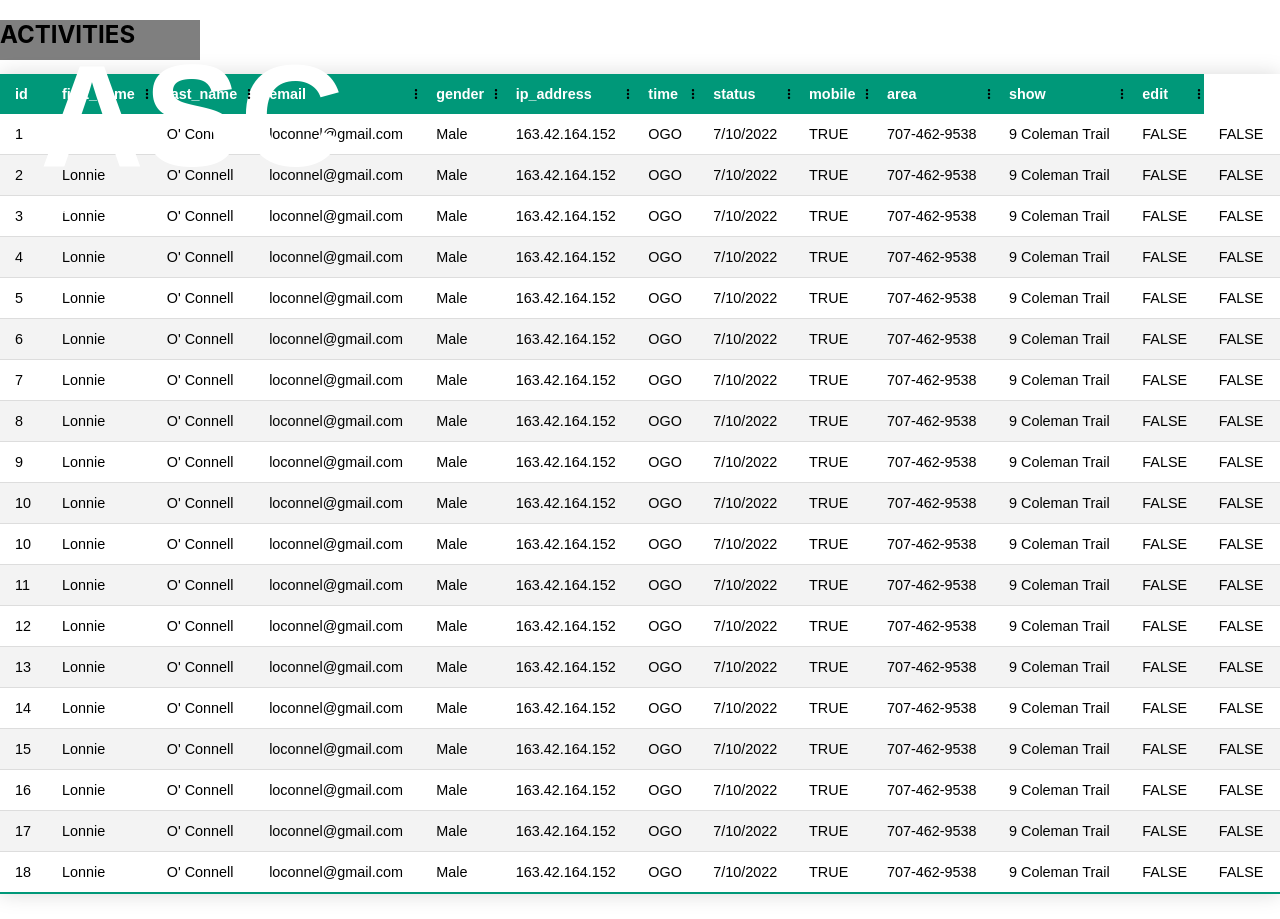
Repository: kartik077-cr7/Ckart
Page: /, after clicking the first element matching `img`
The author's editor kept a copy of each file at every save. The page is drawn from the files as they stood at one save, then again after the next save.
The browser window is 1280 px wide. The pictures show the whole page.
The project was rebuilt for these pictures with package versions that can differ from the ones it lists, and the page was loaded fresh each time.

Above is the page before, as saved 2022-12-10 17:56:44.

### src/App.js
import Table from "./components/Table";
import './App.css';

const driversData = [
  {
    id: 1,
    first_name: "Lonnie",
		last_name: "O' Connell ",
		email: "loconnel@gmail.com",
		gender: "Male",
		ip_address: "163.42.164.152",
		airport_code:"OGO",
		time:"7/10/2022",
		status:"TRUE",
		mobile:"707-462-9538",
		area: "9 Coleman Trail",
		show: "FALSE",
		edit: "FALSE"
  },
  {
    id: 2,
    first_name: "Lonnie",
		last_name: "O' Connell ",
		email: "loconnel@gmail.com",
		gender: "Male",
		ip_address: "163.42.164.152",
		airport_code:"OGO",
		time:"7/10/2022",
		status:"TRUE",
		mobile:"707-462-9538",
		area: "9 Coleman Trail",
		show: "FALSE",
		edit: "FALSE"
  },
  {
    id: 3,
    first_name: "Lonnie",
		last_name: "O' Connell ",
		email: "loconnel@gmail.com",
		gender: "Male",
		ip_address: "163.42.164.152",
		airport_code:"OGO",
		time:"7/10/2022",
		status:"TRUE",
		mobile:"707-462-9538",
		area: "9 Coleman Trail",
		show: "FALSE",
		edit: "FALSE"
  },
  {
    id: 4,
    first_name: "Lonnie",
		last_name: "O' Connell ",
		email: "loconnel@gmail.com",
		gender: "Male",
		ip_address: "163.42.164.152",
		airport_code:"OGO",
		time:"7/10/2022",
		status:"TRUE",
		mobile:"707-462-9538",
		area: "9 Coleman Trail",
		show: "FALSE",
		edit: "FALSE"
  },
  {
    id: 5,
		first_name: "Lonnie",
		last_name: "O' Connell ",
		email: "loconnel@gmail.com",
		gender: "Male",
		ip_address: "163.42.164.152",
		airport_code:"OGO",
		time:"7/10/2022",
		status:"TRUE",
		mobile:"707-462-9538",
		area: "9 Coleman Trail",
		show: "FALSE",
		edit: "FALSE"
  },
  {
    id: 6,
		first_name: "Lonnie",
		last_name: "O' Connell ",
		email: "loconnel@gmail.com",
		gender: "Male",
		ip_address: "163.42.164.152",
		airport_code:"OGO",
		time:"7/10/2022",
		status:"TRUE",
		mobile:"707-462-9538",
		area: "9 Coleman Trail",
		show: "FALSE",
		edit: "FALSE"
  },
  {
    id: 7,
		first_name: "Lonnie",
		last_name: "O' Connell ",
		email: "loconnel@gmail.com",
		gender: "Male",
		ip_address: "163.42.164.152",
		airport_code:"OGO",
		time:"7/10/2022",
		status:"TRUE",
		mobile:"707-462-9538",
		area: "9 Coleman Trail",
		show: "FALSE",
		edit: "FALSE"
  },
  {
    id: 8,
		first_name: "Lonnie",
		last_name: "O' Connell ",
		email: "loconnel@gmail.com",
		gender: "Male",
		ip_address: "163.42.164.152",
		airport_code:"OGO",
		time:"7/10/2022",
		status:"TRUE",
		mobile:"707-462-9538",
		area: "9 Coleman Trail",
		show: "FALSE",
		edit: "FALSE"
  },
  {
    id: 9,
		first_name: "Lonnie",
		last_name: "O' Connell ",
		email: "loconnel@gmail.com",
		gender: "Male",
		ip_address: "163.42.164.152",
		airport_code:"OGO",
		time:"7/10/2022",
		status:"TRUE",
		mobile:"707-462-9538",
		area: "9 Coleman Trail",
		show: "FALSE",
		edit: "FALSE"
  },
  {
    id: 10,
    first_name: "Lonnie",
		last_name: "O' Connell ",
		email: "loconnel@gmail.com",
		gender: "Male",
		ip_address: "163.42.164.152",
		airport_code:"OGO",
		time:"7/10/2022",
		status:"TRUE",
		mobile:"707-462-9538",
		area: "9 Coleman Trail",
		show: "FALSE",
		edit: "FALSE"
  },
  {
    id: 10,
		first_name: "Lonnie",
		last_name: "O' Connell ",
		email: "loconnel@gmail.com",
		gender: "Male",
		ip_address: "163.42.164.152",
		airport_code:"OGO",
		time:"7/10/2022",
		status:"TRUE",
		mobile:"707-462-9538",
		area: "9 Coleman Trail",
		show: "FALSE",
		edit: "FALSE"

  },
  {
    id: 11,
    first_name: "Lonnie",
		last_name: "O' Connell ",
		email: "loconnel@gmail.com",
		gender: "Male",
		ip_address: "163.42.164.152",
		airport_code:"OGO",
		time:"7/10/2022",
		status:"TRUE",
		mobile:"707-462-9538",
		area: "9 Coleman Trail",
		show: "FALSE",
		edit: "FALSE"
  },
  {
    id: 12,
    first_name: "Lonnie",
		last_name: "O' Connell ",
		email: "loconnel@gmail.com",
		gender: "Male",
		ip_address: "163.42.164.152",
		airport_code:"OGO",
		time:"7/10/2022",
		status:"TRUE",
		mobile:"707-462-9538",
		area: "9 Coleman Trail",
		show: "FALSE",
		edit: "FALSE"
  },
  {
    id: 13,
		first_name: "Lonnie",
		last_name: "O' Connell ",
		email: "loconnel@gmail.com",
		gender: "Male",
		ip_address: "163.42.164.152",
		airport_code:"OGO",
		time:"7/10/2022",
		status:"TRUE",
		mobile:"707-462-9538",
		area: "9 Coleman Trail",
		show: "FALSE",
		edit: "FALSE"
  },
  {
    id: 14,
		first_name: "Lonnie",
		last_name: "O' Connell ",
		email: "loconnel@gmail.com",
		gender: "Male",
		ip_address: "163.42.164.152",
		airport_code:"OGO",
		time:"7/10/2022",
		status:"TRUE",
		mobile:"707-462-9538",
		area: "9 Coleman Trail",
		show: "FALSE",
		edit: "FALSE"
  },
  {
    id: 15,
		first_name: "Lonnie",
		last_name: "O' Connell ",
		email: "loconnel@gmail.com",
		gender: "Male",
		ip_address: "163.42.164.152",
		airport_code:"OGO",
		time:"7/10/2022",
		status:"TRUE",
		mobile:"707-462-9538",
		area: "9 Coleman Trail",
		show: "FALSE",
		edit: "FALSE"
  },
  {
    id: 16,
		first_name: "Lonnie",
		last_name: "O' Connell ",
		email: "loconnel@gmail.com",
		gender: "Male",
		ip_address: "163.42.164.152",
		airport_code:"OGO",
		time:"7/10/2022",
		status:"TRUE",
		mobile:"707-462-9538",
		area: "9 Coleman Trail",
		show: "FALSE",
		edit: "FALSE"
  },
  {
    id: 17,
		first_name: "Lonnie",
		last_name: "O' Connell ",
		email: "loconnel@gmail.com",
		gender: "Male",
		ip_address: "163.42.164.152",
		airport_code:"OGO",
		time:"7/10/2022",
		status:"TRUE",
		mobile:"707-462-9538",
		area: "9 Coleman Trail",
		show: "FALSE",
		edit: "FALSE"
  },
  {
    id: 18,
		first_name: "Lonnie",
		last_name: "O' Connell ",
		email: "loconnel@gmail.com",
		gender: "Male",
		ip_address: "163.42.164.152",
		airport_code:"OGO",
		time:"7/10/2022",
		status:"TRUE",
		mobile:"707-462-9538",
		area: "9 Coleman Trail",
		show: "FALSE",
		edit: "FALSE"
  },
];


function App() {
  return (
    <div className="App">
			<Table
			   data = {driversData}
			   headingColumns={["id","first_name","last_name","email","gender","ip_address","time","status","mobile","area","show","edit"]}
				 title = "Activities"
			/>
    </div>
  );
}

export default App;

### src/components/Table.js
import React from "react";
import Column from "./Column";

const Table = ({ data,headingColumns,title,handleFilter,sortedCol }) => {

	const rowDatas = data.map((row,index) => {

		let rowData = [];
		let i = 0;

		for(const key in row){
			rowData.push({
				key: headingColumns[i],
				val: row[key]
			});
			i++;
		}

		const checkStatus = (data) => {
			if(data.key == 'status')
			{
				if(data.val == 'FALSE')
				  return 'red';
				else
				  return 'green';
			}
			else
			  return '';
		}

		return <tr key={index}>
		{rowData.map((data, index) => <td key={index} className={checkStatus(data)}  data-heading={data.key}>{data.val}</td>)}
	  </tr>
	})

	return (
		<div className="table-container">
			<div className="table-title">
				<h2>{title.toUpperCase()}</h2>
			</div>
			<table className="table-class">
				<thead>
					<tr>
						{headingColumns.map((col,index) => (
							<Column sortedCol={sortedCol} handleFilter={handleFilter} key={index} column_name={col} index={index}/>
						))}
					</tr>
				</thead>
				<tbody>
					{rowDatas}
				</tbody>
			</table>
		</div>
	)
}

export default Table;

### src/App.css
.table-container{
	width: 100%;
}
.table-class{
	width: 100%;
	border-collapse: collapse;
	margin: 25px 0;
	font-size: 0.9em;
	font-family: sans-serif;
	min-width: 400px;
	box-shadow: 0 0 20px rgba(0, 0, 0, 0.15);
}

.table-class thead tr {
	background-color: #009879;
	color: #ffffff;
	text-align: left;
}

.table-class th,
.table-class td {
    padding: 12px 15px;
}

.table-class tbody tr {
	border-bottom: 1px solid #dddddd;
}

.table-class tbody tr:nth-of-type(even) {
	background-color: #f3f3f3;
}

.table-class tbody tr:last-of-type {
	border-bottom: 2px solid #009879;
}

.table-class tbody tr.active-row {
	font-weight: bold;
	color: #009879;
}


.modal {
	position: fixed;
	left: 0;
	top: 20px;
	right: 0;
	bottom: 0;
	background-color: rgba(0,0,0,0.5);
	height: 40px;
	width: 200px;
}

.modal-body{
	padding: 0px;
}

### src/components/Column.js
import React from 'react';
import { useState } from 'react';
import Dots from "../svg/vertical_dot.svg";
import Modal from './Modal';

const Column = ({column_name,index}) => {

	const [open, setOpen] = useState(false);

	const handleOpen = () => {
		console.log("opening modal ");
		setOpen(!open);
	};

	const handleClose = () => {
    setOpen(false);
	};

	return (
		<th key = {index} style={{position:"relative"}}>
			{column_name}
			{open && <Modal/>}
			{ index !== 0 && <img
			  onClick = {handleOpen}
				src = {Dots}
				style={{
					width: "10px",
					height: "10px",
					top: "15px",
					right: "0px",
					position: "absolute",
					cursor: "pointer",
				}}
			 />
			}
		</th>
	)
};

export default Column;

### src/components/Modal.js
import React from "react";

const Modal = () => {

	return(
		<div className="modal">
		    <ul>
					<li style={{fontSize:"10em"}}>ASC</li>
					<li>DESC</li>
				</ul>
		</div>
	)
};

export default Modal;

Loaded but not shown: public/index.html (common file); src/index.js (common file); src/index.css (common file); src/reportWebVitals.js (common file)

After the next save:
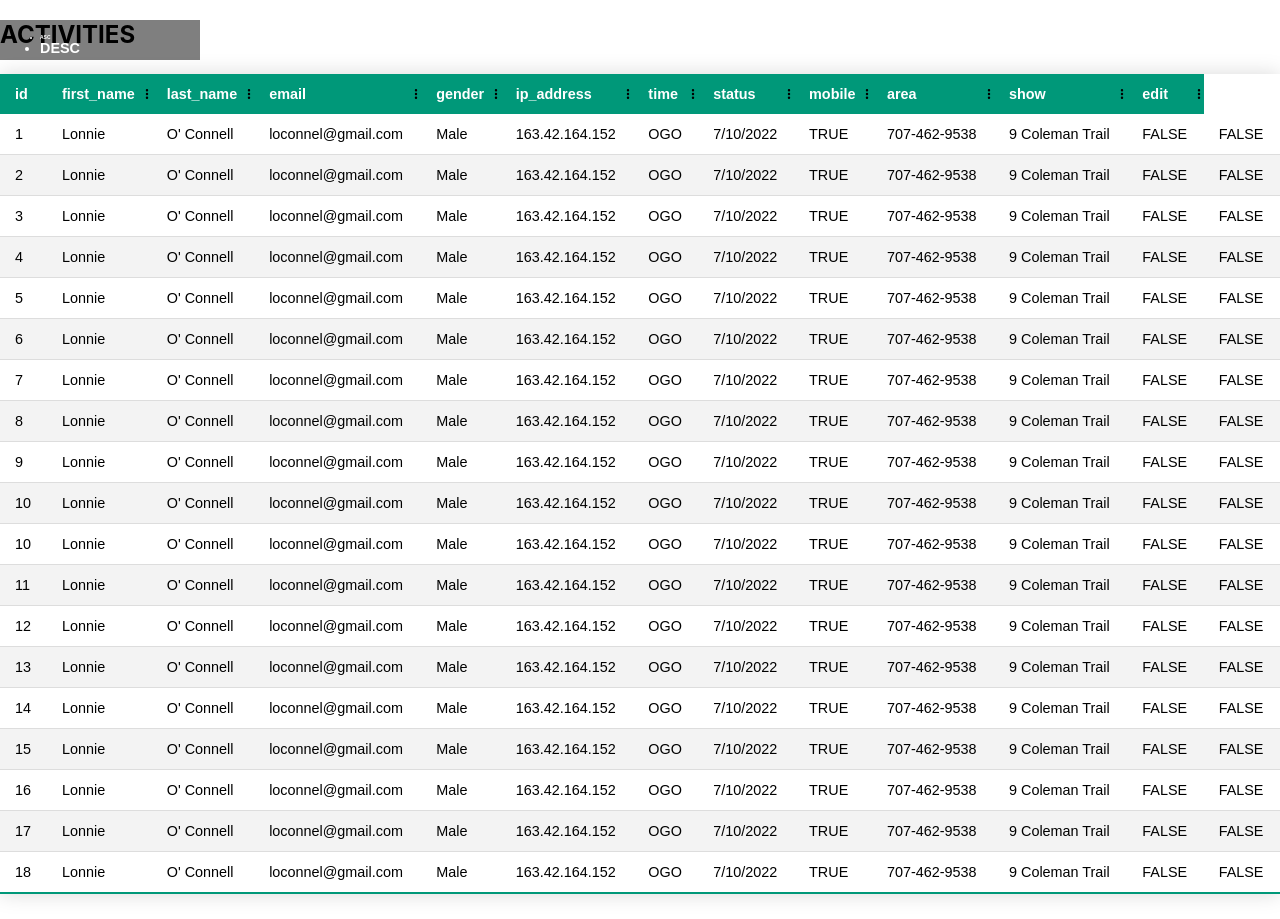
Saved 7 s later.
--- a/src/components/Modal.js
+++ b/src/components/Modal.js
@@ -5,7 +5,7 @@ const Modal = () => {
 	return(
 		<div className="modal">
 		    <ul>
-					<li style={{fontSize:"10em"}}>ASC</li>
+					<li style={{fontSize:"5px"}}>ASC</li>
 					<li>DESC</li>
 				</ul>
 		</div>
